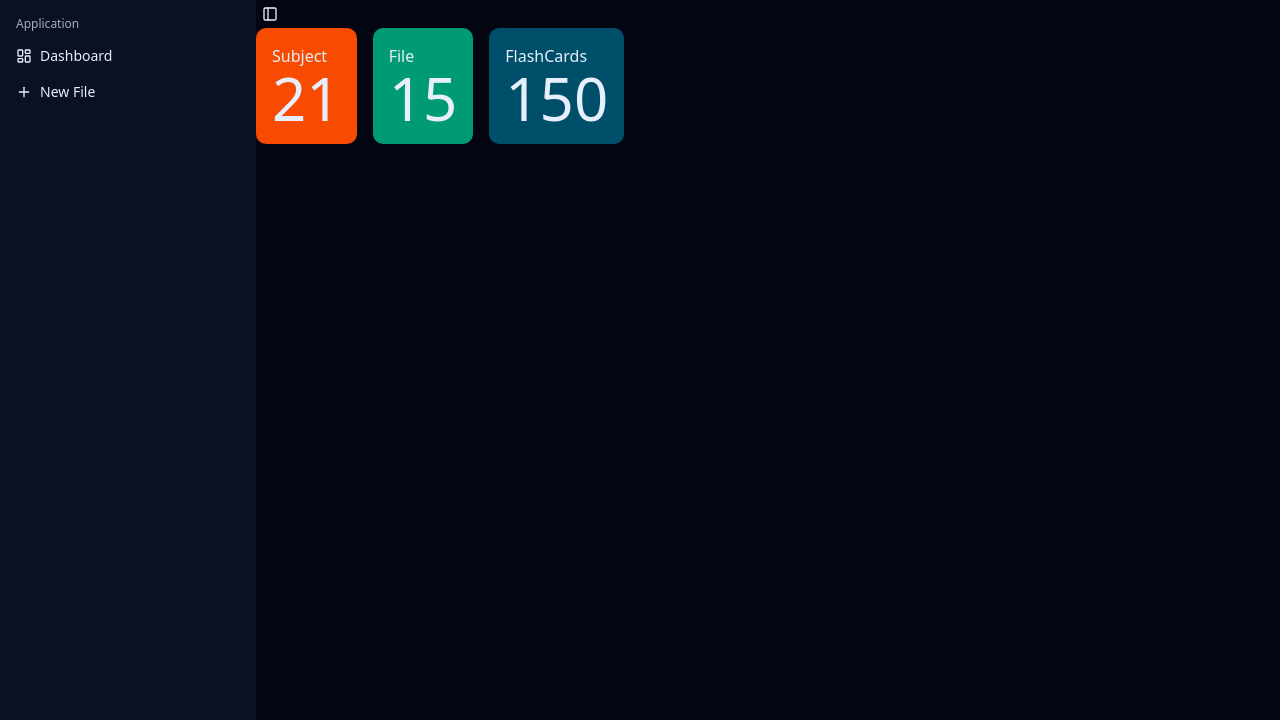
Repository: SywarDer/Student-Assistance
Page: /dashboard (app in student-assistant/)
These files come from the project's save history. The page is drawn as it stood at one moment and after a run of saves; the edit follows.
The browser window is 1280 px wide. The pictures show the whole page.
The project was rebuilt for these pictures with package versions that can differ from the ones it lists, and the page was loaded fresh each time. The framework's server and built-in components were replaced by stand-ins that run in the browser. Also part of the build but not shown: student-assistant/next.config.ts, student-assistant/components/ui/input.tsx, student-assistant/components/ui/separator.tsx, student-assistant/components/ui/skeleton.tsx. Imported but missing from the stored project, and not drawn on this page: student-assistant/components/ui/sheet.

Above is the page before, as saved 2025-10-30 19:54:28.

### student-assistant/app/layout.tsx
import type { Metadata } from "next";
import { Geist, Geist_Mono } from "next/font/google";
import "./globals.css";
import { SidebarProvider, SidebarTrigger } from "@/components/ui/sidebar";
import { AppSidebar } from "./home/components/navBar";

const geistSans = Geist({
  variable: "--font-geist-sans",
  subsets: ["latin"],
});

const geistMono = Geist_Mono({
  variable: "--font-geist-mono",
  subsets: ["latin"],
});

export const metadata: Metadata = {
  title: "Create Next App",
  description: "Generated by create next app",
};

export default function RootLayout({
children,
}: Readonly<{
  children: React.ReactNode;
}>) {
  return (
    <html lang="en">
      <body
        className={`${geistSans.variable} ${geistMono.variable} antialiased`}
      >
        <SidebarProvider>
      <AppSidebar />
      <main>
        <SidebarTrigger />
        {children}
         </main>
    </SidebarProvider>
      </body>
    </html>
  );
}

### student-assistant/app/dashboard/page.tsx
export default function Dashboard() {
    return (

        <div className="flex space-x-4">
            <div className="rounded-lg p-4" style={{
                backgroundColor: "var(--chart-1)",
                color: "var(--card-foreground)",
            }}>
                <h1 className="">Subject</h1>
                <h1 className="text-6xl">21</h1>
            </div>
            <div className="rounded-lg p-4" style={{
                backgroundColor: "var(--chart-2)",
                color: "var(--card-foreground)",
            }}>
                <h1>File</h1>
                <h1 className="text-6xl">15</h1>
            </div>
            <div className="rounded-lg p-4" style={{
                backgroundColor: "var(--chart-3)",
                color: "var(--card-foreground)",
            }}>
                <h1>FlashCards</h1>
                <h1 className="text-6xl">150</h1>
            </div>
        </div>

    )
}

### student-assistant/app/globals.css
@import "tailwindcss";
@import "tw-animate-css";

@custom-variant dark (&:is(.dark *));

@theme inline {
  --color-background: var(--background);
  --color-foreground: var(--foreground);
  --font-sans: var(--font-geist-sans);
  --font-mono: var(--font-geist-mono);
  --color-sidebar-ring: var(--sidebar-ring);
  --color-sidebar-border: var(--sidebar-border);
  --color-sidebar-accent-foreground: var(--sidebar-accent-foreground);
  --color-sidebar-accent: var(--sidebar-accent);
  --color-sidebar-primary-foreground: var(--sidebar-primary-foreground);
  --color-sidebar-primary: var(--sidebar-primary);
  --color-sidebar-foreground: var(--sidebar-foreground);
  --color-sidebar: var(--sidebar);
  --color-chart-5: var(--chart-5);
  --color-chart-4: var(--chart-4);
  --color-chart-3: var(--chart-3);
  --color-chart-2: var(--chart-2);
  --color-chart-1: var(--chart-1);
  --color-ring: var(--ring);
  --color-input: var(--input);
  --color-border: var(--border);
  --color-destructive: var(--destructive);
  --color-accent-foreground: var(--accent-foreground);
  --color-accent: var(--accent);
  --color-muted-foreground: var(--muted-foreground);
  --color-muted: var(--muted);
  --color-secondary-foreground: var(--secondary-foreground);
  --color-secondary: var(--secondary);
  --color-primary-foreground: var(--primary-foreground);
  --color-primary: var(--primary);
  --color-popover-foreground: var(--popover-foreground);
  --color-popover: var(--popover);
  --color-card-foreground: var(--card-foreground);
  --color-card: var(--card);
  --radius-sm: calc(var(--radius) - 4px);
  --radius-md: calc(var(--radius) - 2px);
  --radius-lg: var(--radius);
  --radius-xl: calc(var(--radius) + 4px);
}

:root {
  --radius: 0.625rem;

  /* Base dark background & text */
  --background: oklch(0.12 0.03 270);        /* Dark gray-blue */
  --foreground: oklch(0.95 0.02 260);        /* Soft white */

  /* Cards & popovers */
  --card: oklch(0.18 0.04 270);              /* Slightly lighter than background */
  --card-foreground: var(--foreground);
  --popover: oklch(0.18 0.04 270);
  --popover-foreground: var(--foreground);

  /* Primary & secondary */
  --primary: oklch(0.6 0.12 260);            /* Deep blue */
  --primary-foreground: var(--foreground);
  --secondary: oklch(0.45 0.08 280);         /* Soft purple */
  --secondary-foreground: var(--foreground);

  /* Muted & accents */
  --muted: oklch(0.2 0.03 270);
  --muted-foreground: oklch(0.7 0.02 260);
  --accent: oklch(0.65 0.15 350);            /* Magenta/pinkish accent */
  --accent-foreground: var(--foreground);

  /* Destructive actions */
  --destructive: oklch(0.6 0.25 30);         /* Dark red */
  --border: oklch(0.3 0.02 270 / 40%);
  --input: oklch(0.15 0.03 270);             /* Slightly darker than card */
  --ring: oklch(0.5 0.03 270);

  /* Charts */
  --chart-1: oklch(0.65 0.22 40);
  --chart-2: oklch(0.6 0.15 170);
  --chart-3: oklch(0.4 0.08 230);
  --chart-4: oklch(0.6 0.18 300);
  --chart-5: oklch(0.55 0.2 50);

  /* Sidebar */
  --sidebar: oklch(0.18 0.04 270);
  --sidebar-foreground: var(--foreground);
  --sidebar-primary: var(--primary);
  --sidebar-primary-foreground: var(--foreground);
  --sidebar-accent: var(--accent);
  --sidebar-accent-foreground: var(--foreground);
  --sidebar-border: oklch(0.3 0.02 270 / 40%);
  --sidebar-ring: oklch(0.5 0.03 270);
}

/* Optional light mode toggle */
.light {
  --background: oklch(0.98 0.02 260);       /* Light gray */
  --foreground: oklch(0.12 0.03 270);       /* Dark text */

  --card: oklch(0.99 0.03 260);
  --card-foreground: var(--foreground);
  --popover: oklch(0.99 0.03 260);
  --popover-foreground: var(--foreground);

  --primary: oklch(0.2 0.05 260);
  --primary-foreground: var(--foreground);
  --secondary: oklch(0.5 0.1 280);
  --secondary-foreground: var(--foreground);

  --muted: oklch(0.85 0.03 270);
  --muted-foreground: oklch(0.35 0.02 260);
  --accent: oklch(0.8 0.2 350);
  --accent-foreground: var(--foreground);

  --destructive: oklch(0.9 0.25 30);
  --border: oklch(0.8 0.02 270 / 30%);
  --input: oklch(0.95 0.03 260);
  --ring: oklch(0.7 0.03 270);

  --chart-1: oklch(0.65 0.22 40);
  --chart-2: oklch(0.6 0.15 170);
  --chart-3: oklch(0.4 0.08 230);
  --chart-4: oklch(0.6 0.18 300);
  --chart-5: oklch(0.55 0.2 50);

  --sidebar: oklch(0.95 0.03 260);
  --sidebar-foreground: var(--foreground);
  --sidebar-primary: var(--primary);
  --sidebar-primary-foreground: var(--foreground);
  --sidebar-accent: var(--accent);
  --sidebar-accent-foreground: var(--foreground);
  --sidebar-border: oklch(0.8 0.02 270 / 30%);
  --sidebar-ring: oklch(0.7 0.03 270);
}



@layer base {
  * {
    @apply border-border outline-ring/50;
  }
  body {
    @apply bg-background text-foreground;
  }
}

### student-assistant/app/home/components/navBar.tsx
import { Calendar, Home, Inbox, LayoutDashboardIcon, PlusIcon, Search, Settings } from "lucide-react"

import {
  Sidebar,
  SidebarContent,
  SidebarGroup,
  SidebarGroupContent,
  SidebarGroupLabel,
  SidebarMenu,
  SidebarMenuButton,
  SidebarMenuItem,
} from "@/components/ui/sidebar"


const items = [
  {
    title: "Dashboard",
    url: "/dashboard",
    icon: LayoutDashboardIcon,
  },
  {
    title: "New File",
    url: "/new-file",
    icon: PlusIcon,
  },

]

export function AppSidebar() {
  return (
    <Sidebar>
      <SidebarContent>
        <SidebarGroup>
          <SidebarGroupLabel>Application</SidebarGroupLabel>
          <SidebarGroupContent>
            <SidebarMenu>
              {items.map((item) => (
                <SidebarMenuItem key={item.title}>
                  <SidebarMenuButton asChild>
                    <a href={item.url}>
                      <item.icon />
                      <span>{item.title}</span>
                    </a>
                  </SidebarMenuButton>
                </SidebarMenuItem>
              ))}
            </SidebarMenu>
          </SidebarGroupContent>
        </SidebarGroup>
      </SidebarContent>
    </Sidebar>
  )
}

### student-assistant/components/ui/button.tsx
import * as React from "react"
import { Slot } from "@radix-ui/react-slot"
import { cva, type VariantProps } from "class-variance-authority"

import { cn } from "@/lib/utils"

const buttonVariants = cva(
  "inline-flex items-center justify-center gap-2 whitespace-nowrap rounded-md text-sm font-medium transition-all disabled:pointer-events-none disabled:opacity-50 [&_svg]:pointer-events-none [&_svg:not([class*='size-'])]:size-4 shrink-0 [&_svg]:shrink-0 outline-none focus-visible:border-ring focus-visible:ring-ring/50 focus-visible:ring-[3px] aria-invalid:ring-destructive/20 dark:aria-invalid:ring-destructive/40 aria-invalid:border-destructive",
  {
    variants: {
      variant: {
        default: "bg-primary text-primary-foreground hover:bg-primary/90",
        destructive:
          "bg-destructive text-white hover:bg-destructive/90 focus-visible:ring-destructive/20 dark:focus-visible:ring-destructive/40 dark:bg-destructive/60",
        outline:
          "border bg-background shadow-xs hover:bg-accent hover:text-accent-foreground dark:bg-input/30 dark:border-input dark:hover:bg-input/50",
        secondary:
          "bg-secondary text-secondary-foreground hover:bg-secondary/80",
        ghost:
          "hover:bg-accent hover:text-accent-foreground dark:hover:bg-accent/50",
        link: "text-primary underline-offset-4 hover:underline",
      },
      size: {
        default: "h-9 px-4 py-2 has-[>svg]:px-3",
        sm: "h-8 rounded-md gap-1.5 px-3 has-[>svg]:px-2.5",
        lg: "h-10 rounded-md px-6 has-[>svg]:px-4",
        icon: "size-9",
        "icon-sm": "size-8",
        "icon-lg": "size-10",
      },
    },
    defaultVariants: {
      variant: "default",
      size: "default",
    },
  }
)

function Button({
  className,
  variant,
  size,
  asChild = false,
  ...props
}: React.ComponentProps<"button"> &
  VariantProps<typeof buttonVariants> & {
    asChild?: boolean
  }) {
  const Comp = asChild ? Slot : "button"

  return (
    <Comp
      data-slot="button"
      className={cn(buttonVariants({ variant, size, className }))}
      {...props}
    />
  )
}

export { Button, buttonVariants }

### student-assistant/components/ui/tooltip.tsx
"use client"

import * as React from "react"
import * as TooltipPrimitive from "@radix-ui/react-tooltip"

import { cn } from "@/lib/utils"

function TooltipProvider({
  delayDuration = 0,
  ...props
}: React.ComponentProps<typeof TooltipPrimitive.Provider>) {
  return (
    <TooltipPrimitive.Provider
      data-slot="tooltip-provider"
      delayDuration={delayDuration}
      {...props}
    />
  )
}

function Tooltip({
  ...props
}: React.ComponentProps<typeof TooltipPrimitive.Root>) {
  return (
    <TooltipProvider>
      <TooltipPrimitive.Root data-slot="tooltip" {...props} />
    </TooltipProvider>
  )
}

function TooltipTrigger({
  ...props
}: React.ComponentProps<typeof TooltipPrimitive.Trigger>) {
  return <TooltipPrimitive.Trigger data-slot="tooltip-trigger" {...props} />
}

function TooltipContent({
  className,
  sideOffset = 0,
  children,
  ...props
}: React.ComponentProps<typeof TooltipPrimitive.Content>) {
  return (
    <TooltipPrimitive.Portal>
      <TooltipPrimitive.Content
        data-slot="tooltip-content"
        sideOffset={sideOffset}
        className={cn(
          "bg-foreground text-background animate-in fade-in-0 zoom-in-95 data-[state=closed]:animate-out data-[state=closed]:fade-out-0 data-[state=closed]:zoom-out-95 data-[side=bottom]:slide-in-from-top-2 data-[side=left]:slide-in-from-right-2 data-[side=right]:slide-in-from-left-2 data-[side=top]:slide-in-from-bottom-2 z-50 w-fit origin-(--radix-tooltip-content-transform-origin) rounded-md px-3 py-1.5 text-xs text-balance",
          className
        )}
        {...props}
      >
        {children}
        <TooltipPrimitive.Arrow className="bg-foreground fill-foreground z-50 size-2.5 translate-y-[calc(-50%_-_2px)] rotate-45 rounded-[2px]" />
      </TooltipPrimitive.Content>
    </TooltipPrimitive.Portal>
  )
}

export { Tooltip, TooltipTrigger, TooltipContent, TooltipProvider }

Loaded but not shown: student-assistant/hooks/use-mobile.ts (common file); student-assistant/lib/utils.ts (common file); student-assistant/components/ui/sidebar.tsx (726 lines, source omitted)

After the next 3 saves:
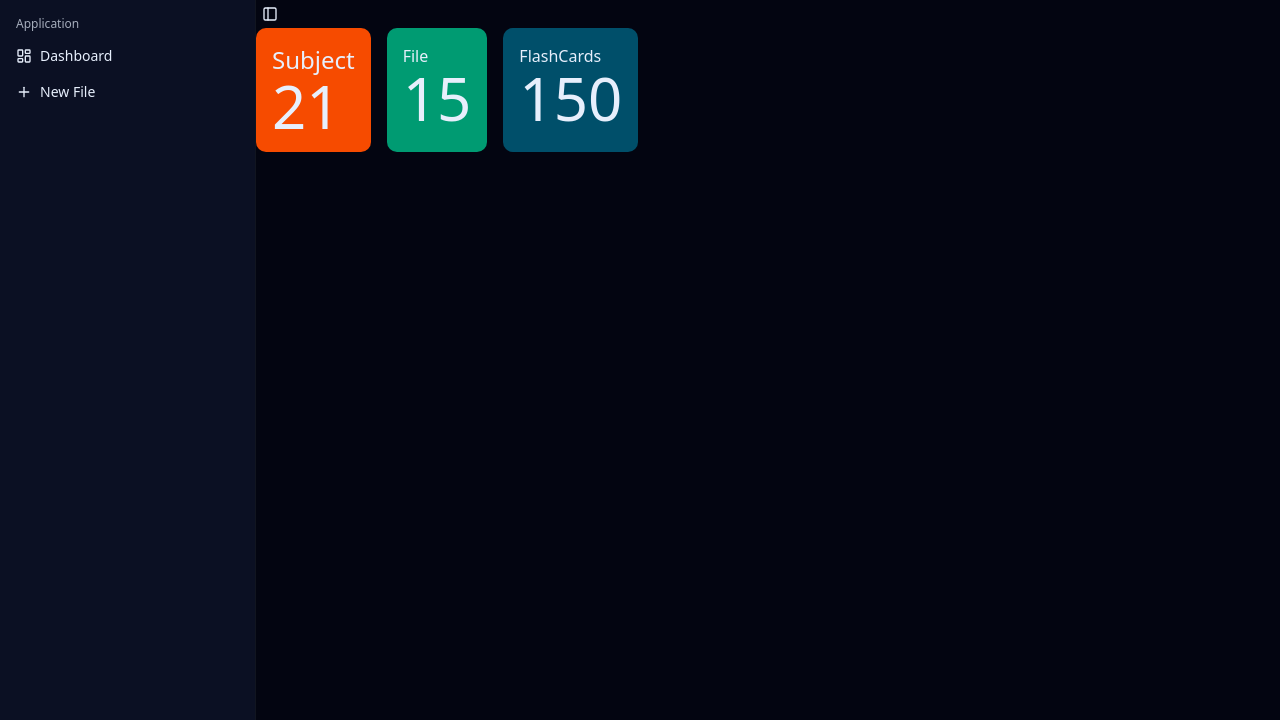
The 3 saves are shown as one change because they came seconds apart.
The last was saved 11 s later.
--- a/student-assistant/app/dashboard/page.tsx
+++ b/student-assistant/app/dashboard/page.tsx
@@ -6,7 +6,7 @@ export default function Dashboard() {
                 backgroundColor: "var(--chart-1)",
                 color: "var(--card-foreground)",
             }}>
-                <h1 className="">Subject</h1>
+                <h1 className="text-2xl">Subject</h1>
                 <h1 className="text-6xl">21</h1>
             </div>
             <div className="rounded-lg p-4" style={{
